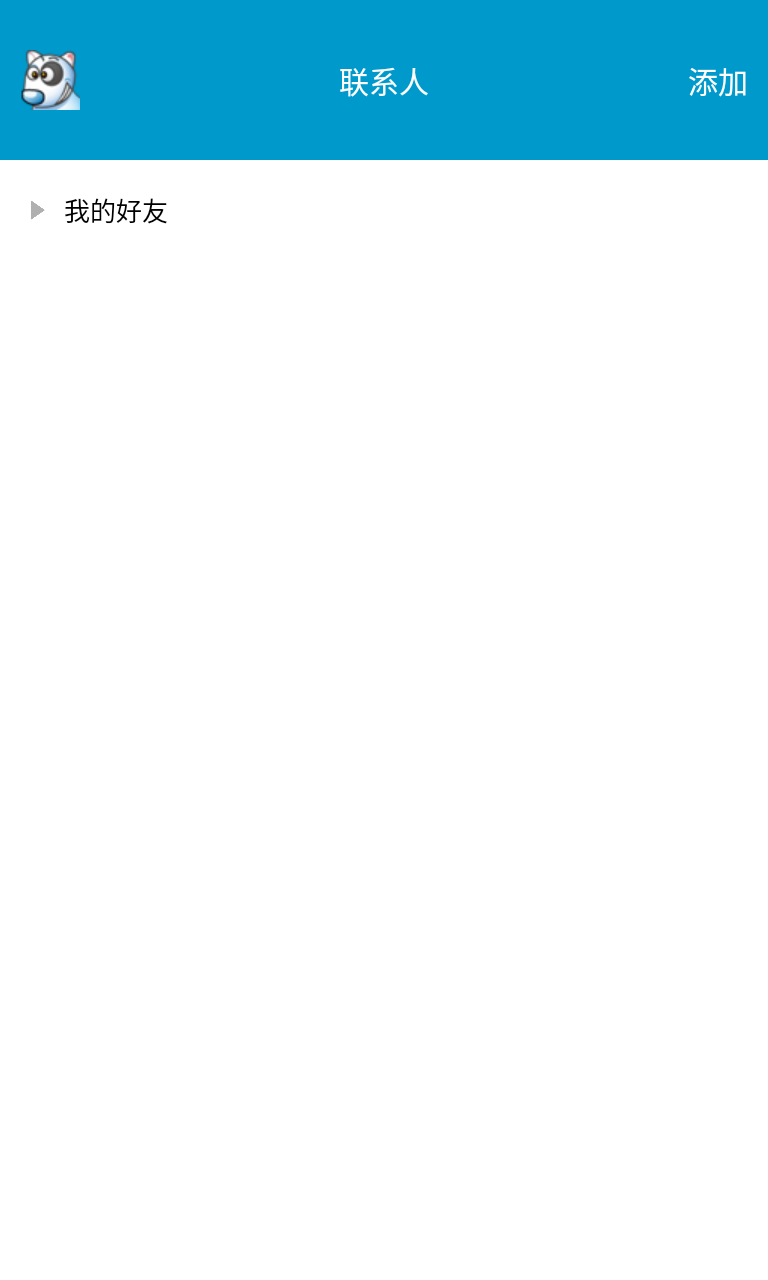
Repository: fanloveoupao/WecharTest
Layout: TestWechar/res/layout/home.xml
These files come from the project's save history. The layout is drawn as it stood at one moment and after a run of saves; the edit follows.
It is drawn on a 768 x 1280 px phone screen (xhdpi) without system bars, with theme AppTheme; the app's code is not run. Lists and similar views that code fills are empty.

Above is the layout before, as saved 2015-10-07 02:10:09.

### TestWechar/res/layout/home.xml
<?xml version="1.0" encoding="utf-8"?>
<LinearLayout xmlns:android="http://schemas.android.com/apk/res/android"
    android:layout_width="match_parent"
    android:layout_height="match_parent"
    android:background="#FFFFFF"
    android:orientation="vertical" >

    <include
        android:layout_width="fill_parent"
        android:layout_height="wrap_content"
        layout="@layout/include" />

    <ExpandableListView
        android:id="@+id/list_expand"
        android:layout_width="fill_parent"
        android:layout_height="wrap_content"
        android:layout_marginTop="10dp"
        android:visibility="gone" >
    </ExpandableListView>

    <LinearLayout
        android:layout_width="fill_parent"
        android:layout_height="50dp"
        android:gravity="center_vertical"
        android:orientation="horizontal" >

        <ImageView
            android:id="@+id/icon_lau_one"
            android:layout_width="10dp"
            android:layout_height="10dp"
            android:layout_gravity="center_vertical"
            android:layout_marginLeft="14dp"
            android:src="@drawable/gray" />

        <TextView
            android:id="@+id/group_one"
            android:layout_width="wrap_content"
            android:layout_height="wrap_content"
            android:layout_marginLeft="8dp"
            android:gravity="center_vertical"
            android:text="我的好友"
            android:textColor="@color/black_deep"
            android:textSize="13dp" />
    </LinearLayout>

</LinearLayout>

### TestWechar/res/values/styles.xml
<resources>

    <!--
        Base application theme, dependent on API level. This theme is replaced
        by AppBaseTheme from res/values-vXX/styles.xml on newer devices.











    -->
    <style name="AppBaseTheme" parent="android:Theme.Light">
        <!--
            Theme customizations available in newer API levels can go in
            res/values-vXX/styles.xml, while customizations related to
            backward-compatibility can go here.






        -->
    </style>

    <!-- Application theme. -->
    <style name="AppTheme" parent="AppBaseTheme">
        <!-- All customizations that are NOT specific to a particular API-level can go here. -->
    </style>

    <style name="animationmsg">
        <item name="android:windowEnterAnimation">@anim/msg_enter</item>
        <item name="android:windowExitAnimation">@anim/msg_exit</item>
    </style>

</resources>

### TestWechar/res/layout/include.xml
<?xml version="1.0" encoding="utf-8"?>
<LinearLayout xmlns:android="http://schemas.android.com/apk/res/android"
    android:layout_width="match_parent"
    android:layout_height="match_parent"
    android:orientation="vertical" >

    <RelativeLayout
        android:layout_width="fill_parent"
        android:layout_height="80dp"
        android:background="#0099CC"
        android:gravity="center_vertical" >

        <ImageView
            android:layout_width="30dp"
            android:layout_height="30dp"
            android:layout_alignParentLeft="true"
            android:layout_centerVertical="true"
            android:layout_marginLeft="10dp"
            android:src="@drawable/h091" />

        <TextView
            android:id="@+id/title"
            android:layout_width="wrap_content"
            android:layout_height="wrap_content"
            android:layout_centerHorizontal="true"
            android:layout_centerVertical="true"
            android:text="联系人"
            android:textColor="#FFFFFF"
            android:textSize="15dp" />

        <TextView
            android:id="@+id/add"
            android:layout_width="wrap_content"
            android:layout_height="wrap_content"
            android:layout_alignParentRight="true"
            android:layout_centerVertical="true"
            android:layout_marginRight="10dp"
            android:text="添加"
            android:textColor="#FFFFFF"
            android:textSize="15dp" />
    </RelativeLayout>

</LinearLayout>

### TestWechar/res/values/color.xml
<?xml version="1.0" encoding="utf-8"?>
<resources>

    <color name="white">#ffffffff</color>
    <color name="window_bg">#fff0f3f6</color>
    <color name="title_bg">#ff54acea</color>
    <color name="chat_text">#ff333333</color>
    <color name="common_top_bar_blue">#4ebcd3</color>
    <color name="btn_login_normal">#00acff</color>
    <color name="btn_login_pressed">#46678d</color>
    <color name="btn_logout_normal">#d33f3f</color>
    <color name="btn_logout_pressed">#DA5A4D</color>
    <color name="btn_register_normal">#ffffff</color>
    <color name="btn_register_pressed">#00acff</color>
    <color name="common_bottom_bar_normal_bg">#2d2f31</color>
    <color name="common_bottom_bar_selected_bg">#161718</color>
    <color name="common_botton_bar_blue">#2ea7e0</color>
    <color name="common_bg">#fcfcfc</color>
    <color name="btn_pressed_green_solid">#B6DA53</color>
    <color name="divider_list">#d4d4d4</color>
    <color name="top_bar_normal_bg">#00acff</color>
    <color name="error_item_color">#F6EBE6</color>
    <color name="bottom_bar_normal_bg">#2D2F31</color>
    <color name="bottom_text_color_normal">#ffffff</color>
    <color name="btn_white_normal">#f7f8f8</color>
    <color name="btn_white_pressed">#b5b5b6</color>
    <color name="btn_green_noraml">#68C270</color>
    <color name="btn_green_pressed">#6FCD78</color>
    <color name="btn_gray_normal">#c0c0c0</color>
    <color name="btn_gray_pressed_status">#b5b5b6</color>
    <color name="btn_gray_pressed">#666667</color>
    <color name="btn_blue_normal">#1e90ff</color>
    <color name="btn_blue_pressed">#0066FF</color>
    <color name="orange">#FFA500</color>
    <color name="gray_pressed">#b5b5b6</color>
    <color name="gray_normal">#666667</color>
    <color name="grid_state_pressed">#1Affffff</color>
    <color name="grid_state_focused">#80000000</color>
    <color name="voip_interface_text_color">#bababa</color>
    <color name="black_deep">#FF000000</color>
    <color name="btn_answer_pressed">#4ebcd3</color>
    <color name="btn_answer_normal">#2dafa3</color>

</resources>

Loaded but not shown: TestWechar/res/values-v11/styles.xml (common file); TestWechar/res/values-v14/styles.xml (common file)

After the next 2 saves:
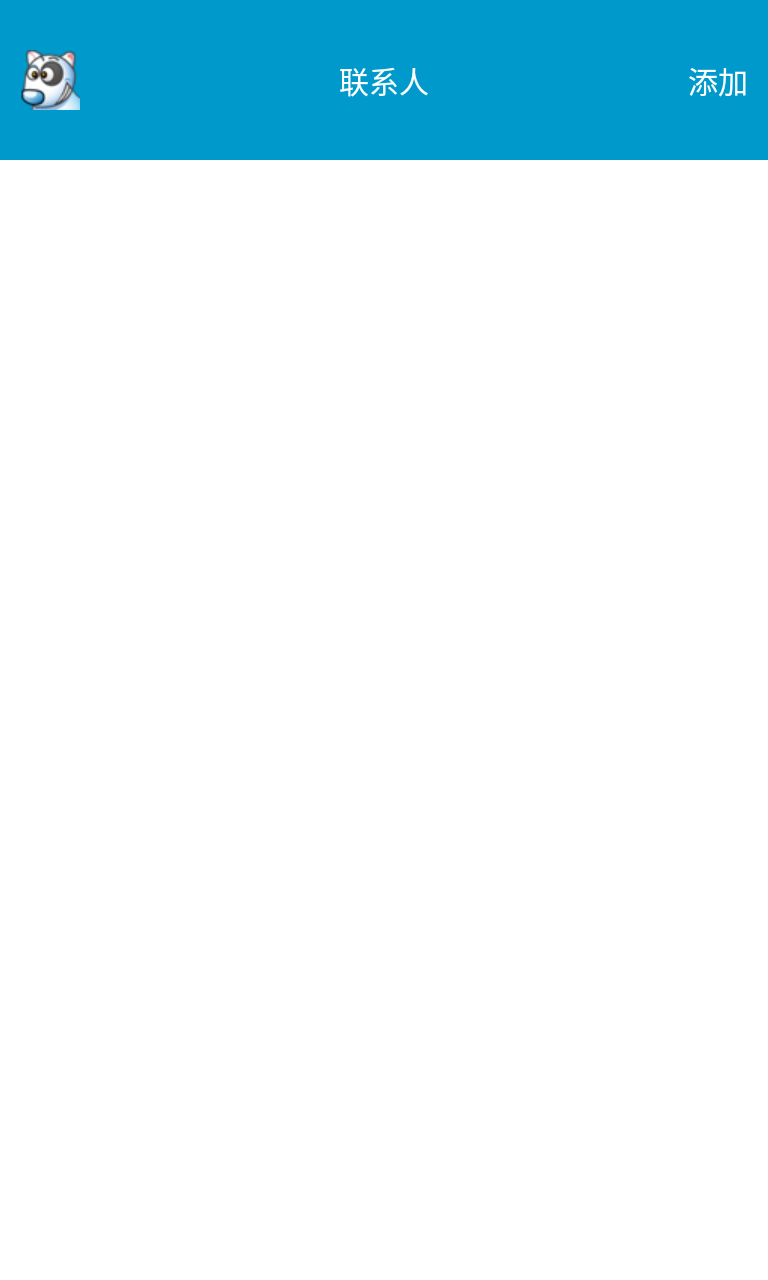
The 2 saves are shown as one change because 1 did not build or start.
The last was saved 4 min 19 s later.
--- a/TestWechar/res/layout/home.xml
+++ b/TestWechar/res/layout/home.xml
@@ -17,6 +17,13 @@
         android:layout_marginTop="10dp"
         android:visibility="gone" >
     </ExpandableListView>
+
+    <LinearLayout
+        android:layout_width="match_parent"
+        android:layout_height="match_parent"
+        android:orientation="vertical"
+        android:background="#FFFFFF" >
+    </LinearLayout>
 
     <LinearLayout
         android:layout_width="fill_parent"

After the save that followed:
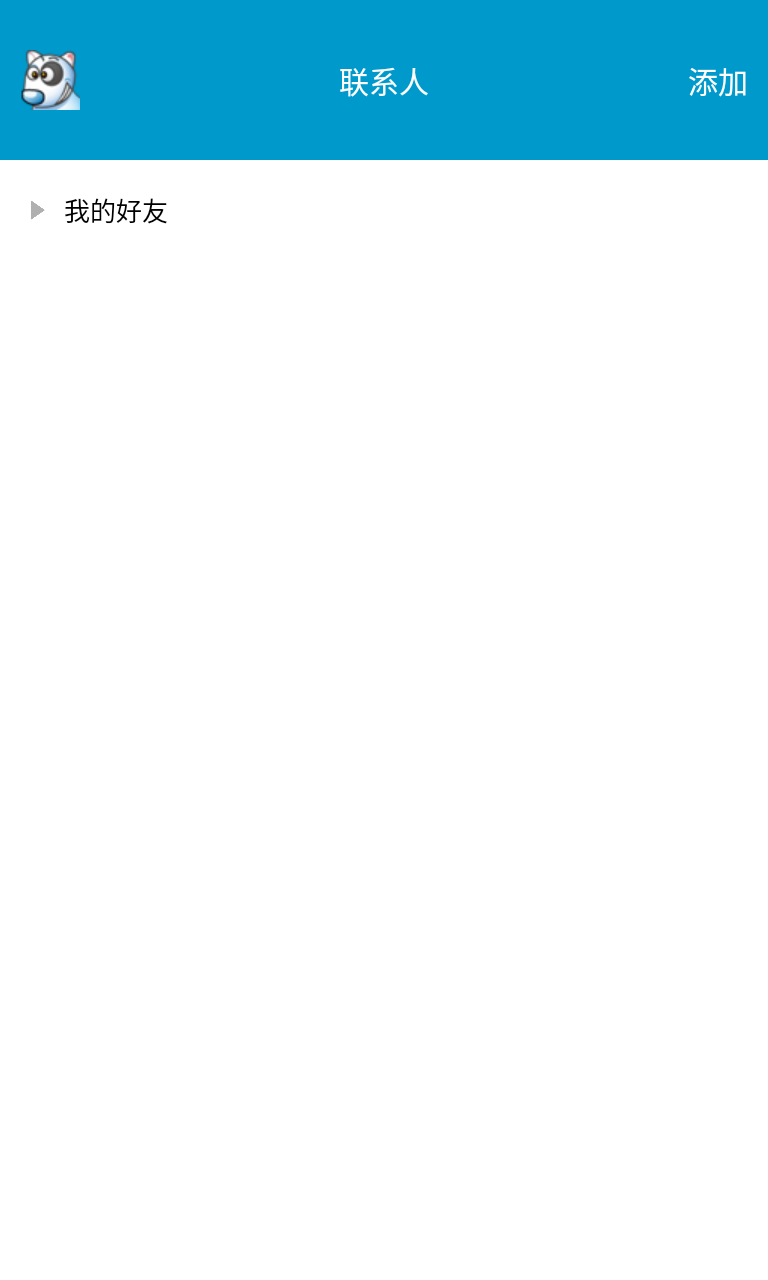
Saved 10 s later.
--- a/TestWechar/res/layout/home.xml
+++ b/TestWechar/res/layout/home.xml
@@ -21,33 +21,33 @@
     <LinearLayout
         android:layout_width="match_parent"
         android:layout_height="match_parent"
-        android:orientation="vertical"
-        android:background="#FFFFFF" >
-    </LinearLayout>
+        android:background="#FFFFFF"
+        android:orientation="vertical" >
 
-    <LinearLayout
-        android:layout_width="fill_parent"
-        android:layout_height="50dp"
-        android:gravity="center_vertical"
-        android:orientation="horizontal" >
+        <LinearLayout
+            android:layout_width="fill_parent"
+            android:layout_height="50dp"
+            android:gravity="center_vertical"
+            android:orientation="horizontal" >
 
-        <ImageView
-            android:id="@+id/icon_lau_one"
-            android:layout_width="10dp"
-            android:layout_height="10dp"
-            android:layout_gravity="center_vertical"
-            android:layout_marginLeft="14dp"
-            android:src="@drawable/gray" />
+            <ImageView
+                android:id="@+id/icon_lau_one"
+                android:layout_width="10dp"
+                android:layout_height="10dp"
+                android:layout_gravity="center_vertical"
+                android:layout_marginLeft="14dp"
+                android:src="@drawable/gray" />
 
-        <TextView
-            android:id="@+id/group_one"
-            android:layout_width="wrap_content"
-            android:layout_height="wrap_content"
-            android:layout_marginLeft="8dp"
-            android:gravity="center_vertical"
-            android:text="我的好友"
-            android:textColor="@color/black_deep"
-            android:textSize="13dp" />
+            <TextView
+                android:id="@+id/group_one"
+                android:layout_width="wrap_content"
+                android:layout_height="wrap_content"
+                android:layout_marginLeft="8dp"
+                android:gravity="center_vertical"
+                android:text="我的好友"
+                android:textColor="@color/black_deep"
+                android:textSize="13dp" />
+        </LinearLayout>
     </LinearLayout>
 
 </LinearLayout>
